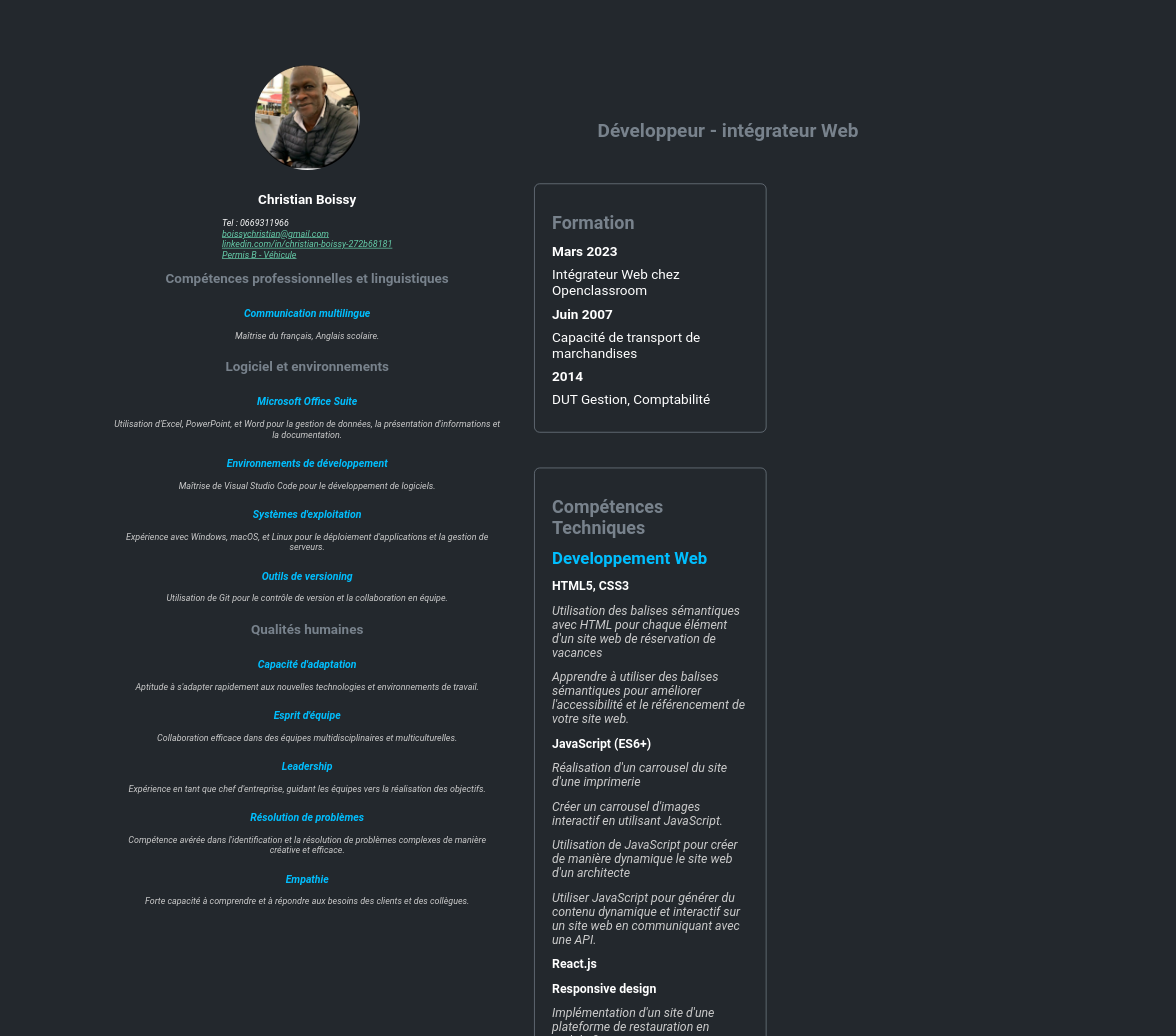
Repository: Christian121966/cv-logistique
Page: /
The author's editor kept a copy of each file at every save. The page is drawn from the files as they stood at one save, then again after the next save.
The browser window is 1280 px wide. The page is 1680 px wide, so the pictures cover 1680 px, including what lies to the right of the window. The pictures show the part of the page from y = 0 to 1480 px (the page is 3160 px tall before and 7311 px after), at 70% of full size.
The project was rebuilt for these pictures with package versions that can differ from the ones it lists, and the page was loaded fresh each time.

Above is the page before, as saved 2024-07-29 01:23:58.

After the next save:
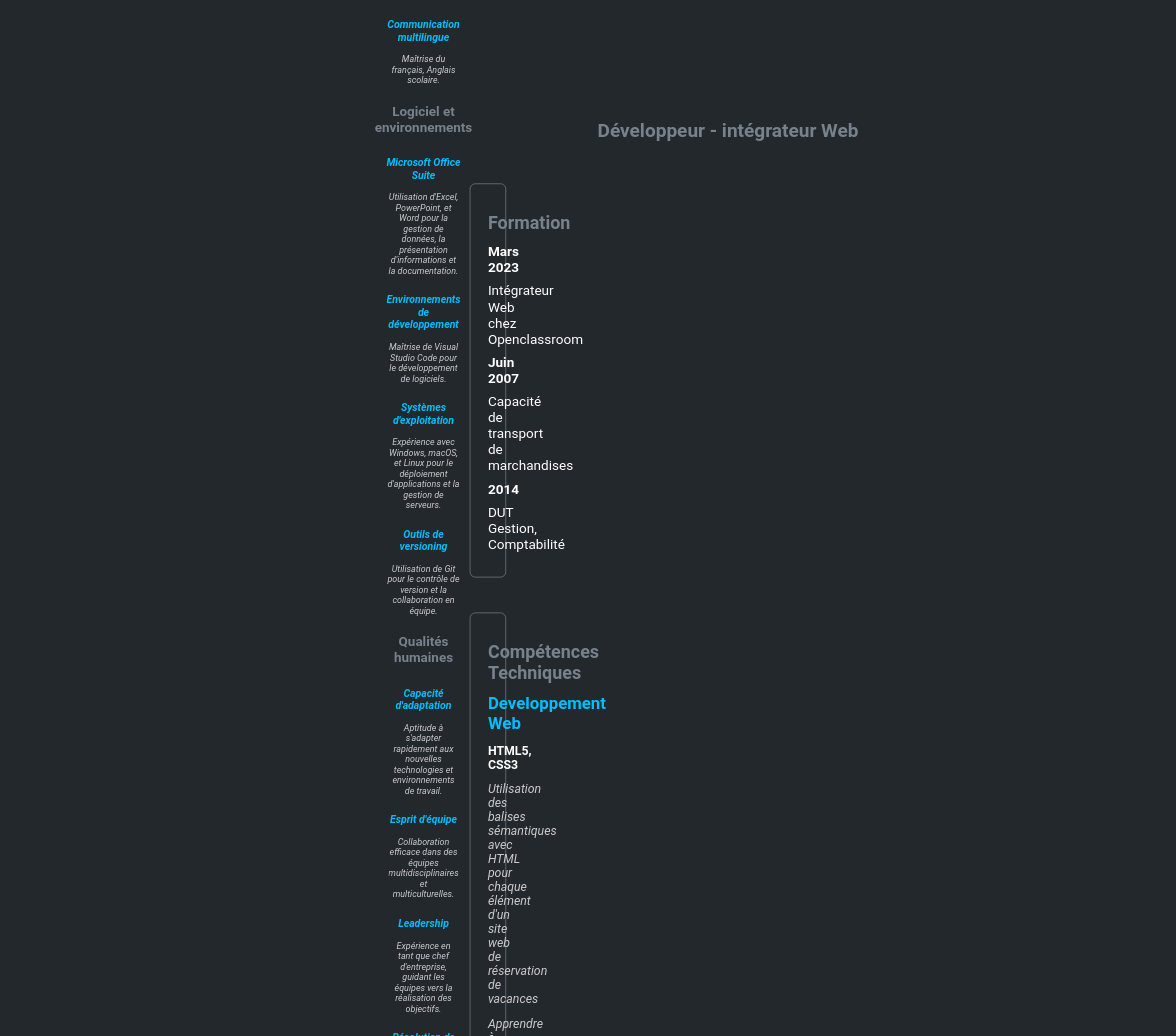
Saved 4 s later.
--- a/src/App.css
+++ b/src/App.css
@@ -260,7 +260,7 @@ body footer p {
     padding: 25px;
     justify-content: center;
     align-items: flex-start;
-    max-width: 1020px;
+    max-width: 102px;
     margin: 0 auto;
   }
   body .sidebar {
@@ -360,4 +360,4 @@ body footer p {
   body p {
     font-size: 1em;
   }
-}/*# sourceMappingURL=App_20240729012358.css.map */
+}/*# sourceMappingURL=App_20240729012402.css.map */
